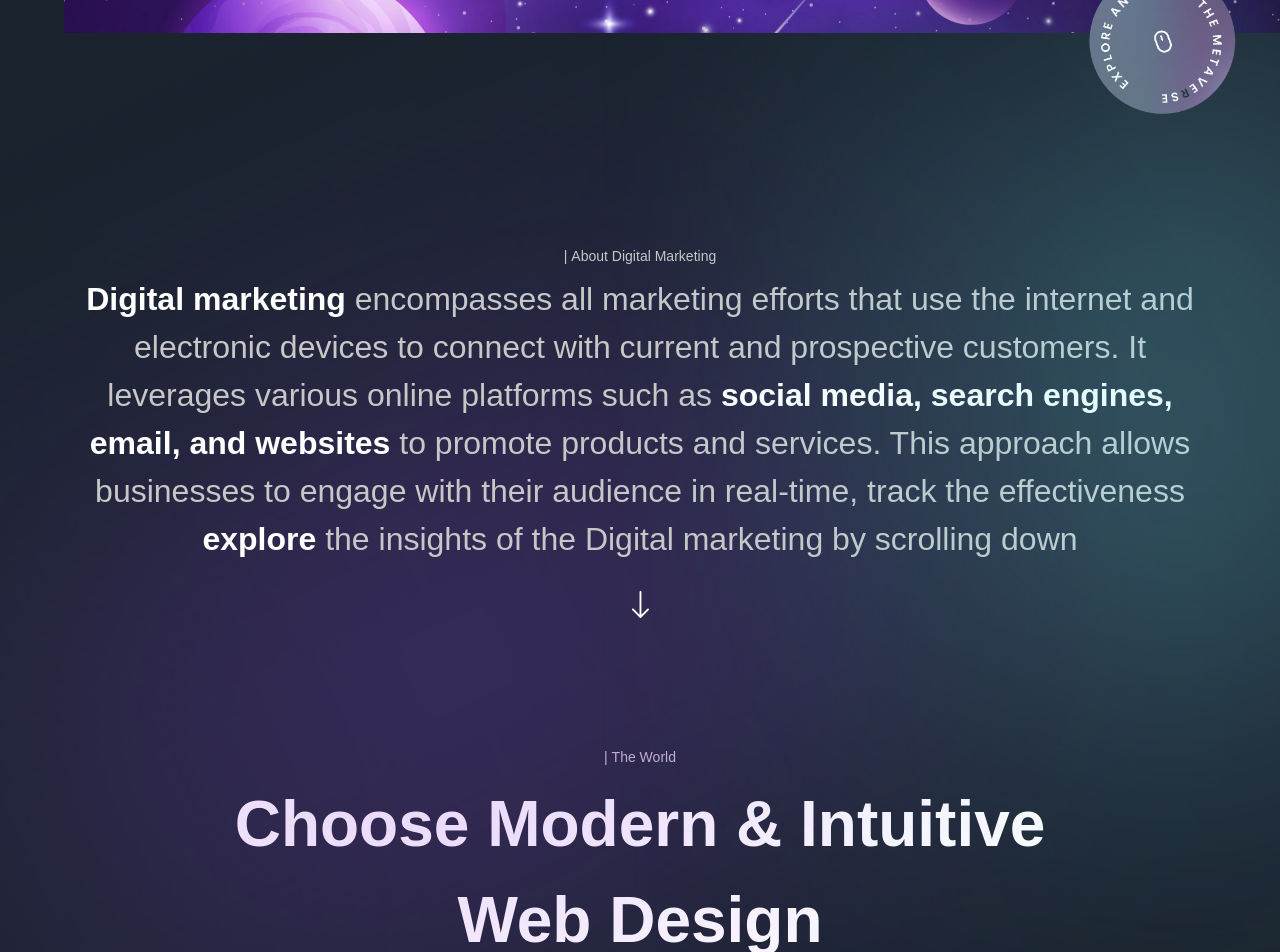
Repository: Shanuga123/metaversus
Page: /
The author's editor kept a copy of each file at every save. The page is drawn from the files as they stood at one save, then again after the next save.
The browser window is 1280 px wide. The pictures show the part of the page from y = 922 to 1874 px (the page is 7302 px tall before and 7254 px after).
Some web fonts or font styles are not loaded; a fallback is used. The project was rebuilt for these pictures with package versions that can differ from the ones it lists, and the page was loaded fresh each time. The framework's server and built-in components were replaced by stand-ins that run in the browser. Also part of the build but not shown: next.config.js.

Above is the page before, as saved 2024-08-06 07:09:21.

### components/Navbar.jsx
'use client';

import { motion } from 'framer-motion';

import styles from '../styles';
import { navVariants } from '../utils/motion';

const Navbar = () => (
  <motion.nav
    variants={navVariants}
    initial="hidden"
    whileInView="show"
    className={`${styles.xPaddings} py-8 relative`}
  >
    <div className="absolute w-[50%] inset-0 gradient-01" />
    <div
      className={`${styles.innerWidth} mx-auto flex justify-between gap-8`}
    >
      <img
        src="/search.svg"
        alt="search"
        className="w-[24px] h-[24px] object-contain"
      />
      <h2 className="font-extrabold text-[24px] leading-[30.24px] text-white">
        METAVERSUS
      </h2>
      <img
        src="/menu.svg"
        alt="menu"
        className="w-[24px] h-[24px] object-contain"
      />
    </div>
  </motion.nav>
);

export default Navbar;

### components/CustomTexts.jsx
'use client';

import { motion } from 'framer-motion';
import { textContainer, textVariant2 } from '../utils/motion';

export const TypingText = ({ title, textStyles }) => (
  <motion.p
    variants={textContainer}
    className={`font-normal text-[14px] text-secondary-white ${textStyles}`}
  >
    {Array.from(title).map((letter, index) => (
      <motion.span variants={textVariant2} key={index}>
        {letter === ' ' ? '\u00A0' : letter}
      </motion.span>
    ))}
  </motion.p>
);

export const TitleText = ({ title, textStyles }) => (
  <motion.h2
    variants={textVariant2}
    initial="hidden"
    whileInView="show"
    className={`mt-[8px] font-bold md:text-[64px] text-[40px] text-white ${textStyles}`}
  >
    {title}
  </motion.h2>
);

### components/ExploreCard.jsx
'use client';

import { motion } from 'framer-motion';

import styles from '../styles';
import { fadeIn } from '../utils/motion';

const ExploreCard = ({ id, imgUrl, title, index, active, handleClick }) => (
  <motion.div
    variants={fadeIn('right', 'spring', index * 0.5, 0.75)}
    className={`relative ${
      active === id ? 'lg:flex-[3.5] flex-[10]' : 'lg:flex-[0.5] flex-[2]'
    } flex items-center justify-center min-w-[170px] h-[700px] transition-[flex] duration-[0.7s] ease-out-flex cursor-pointer`}
    onClick={() => handleClick(id)}
  >
    <img
      src={imgUrl}
      alt="planet-04"
      className="absolute w-full h-full object-cover rounded-[24px]"
    />
    {active !== id ? (
      <h3 className="font-semibold sm:text-[26px] text-[18px] text-white absolute z-0 lg:bottom-20 lg:rotate-[-90deg] lg:origin-[0,0]">
        {title}
      </h3>
    ) : (
      <div className="absolute bottom-0 p-8 flex justify-start w-full flex-col bg-[rgba(0,0,0,0.5)] rounded-b-[24px]">
        <div
          className={`${styles.flexCenter} w-[60px] h-[60px] rounded-[24px] glassmorphism mb-[16px]`}
        >
          <img
            src="/headset.svg"
            alt="headset"
            className="w-1/2 h-1/2 object-contain"
          />
        </div>
        <p className="font-normal text-[16px] leading-[20.16px] text-white uppercase">
          Enter Metaverse
        </p>
        <h2 className="mt-[24px] font-semibold sm:text-[32px] text-[24px] text-white">
          {title}
        </h2>
      </div>
    )}
  </motion.div>
);

export default ExploreCard;

### components/InsightCard.jsx
'use client';

import { motion } from 'framer-motion';

import { fadeIn } from '../utils/motion';

const InsightCard = ({ imgUrl, title, subtitle, index }) => (
  <motion.div
    variants={fadeIn('up', 'spring', index * 0.5, 1)}
    className="flex md:flex-row flex-col gap-4"
  >
    <img
      src={imgUrl}
      alt="planet-01"
      className="md:w-[270px] w-full h-[250px] rounded-[32px] object-cover"
    />
    <div className="w-full flex justify-between items-center">
      <div className="flex-1 md:ml-[62px] flex flex-col max-w-[650px]">
        <h4 className="font-normal lg:text-[42px] text-[26px] text-white">
          {title}
        </h4>
        <p className="mt-[16px] font-normal lg:text-[20px] text-[14px] text-secondary-white">
          {subtitle}
        </p>
      </div>

      <div
        className="lg:flex hidden items-center justify-center w-[100px] h-[100px] rounded-full bg-transparent border-[1px] border-white"
      >
        <img
          src="/arrow.svg"
          alt="arrow"
          className="w-[40%] h-[40%] object-contain"
        />
      </div>
    </div>
  </motion.div>
);

export default InsightCard;

### components/Footer.jsx
'use client';

import { motion } from 'framer-motion';
import { socials } from '../constants';

import styles from '../styles';
import { footerVariants } from '../utils/motion';

const Footer = () => (
  <motion.footer
    variants={footerVariants}
    initial="hidden"
    whileInView="show"
    className={`${styles.xPaddings} py-8 relative`}
  >
    <div className="footer-gradient" />
    <div className={`${styles.innerWidth} mx-auto flex flex-col gap-8`}>
      <div className="flex items-center justify-between flex-wrap gap-5">
        <h4 className="font-bold md:text-[64px] text-[44px] text-white">
          Enter the Metaverse
        </h4>
        <button type="button" className="flex items-center h-fit py-4 px-6 bg-[#25618B] rounded-[32px] gap-[12px]">
          <img
            src="/headset.svg"
            alt="headset"
            className="w-[24px] h-[24px] object-contain"
          />
          <span className="font-normal text-[16px] text-white">
            Enter Metaverse
          </span>
        </button>
      </div>

      <div className="flex flex-col">
        <div className="mb-[50px] h-[2px] bg-white opacity-10" />

        <div className="flex items-center justify-between flex-wrap gap-4">
          <h4 className="font-extrabold text-[24px] text-white">
            METAVERUS
          </h4>
          <p className="font-normal text-[14px] text-white opacity-50">
            Copyright © 2021 - 2022 Metaversus. All rights reserved.
          </p>

          <div className="flex gap-4">
            {socials.map((social) => (
              <img
                key={social.name}
                src={social.url}
                alt={social.name}
                className="w-[24px] h-[24px] object-contain cursor-pointer"
              />
            ))}
          </div>
        </div>
      </div>
    </div>
  </motion.footer>
);

export default Footer;

### sections/Hero.jsx
'use client';

import { motion } from 'framer-motion';

import styles from '../styles';
import { slideIn, staggerContainer, textVariant } from '../utils/motion';

const Hero = () => (
  <section className={`${styles.yPaddings} sm:pl-16 pl-6`}>
    <motion.div
      variants={staggerContainer}
      initial="hidden"
      whileInView="show"
      viewport={{ once: false, amount: 0.25 }}
      className={`${styles.innerWidth} mx-auto flex flex-col`}
    >
      <div className="flex justify-center items-center flex-col relative z-10">
        <motion.h1 variants={textVariant(1.1)} className={styles.heroHeading}>
          Metaverse
        </motion.h1>
        <motion.div
          variants={textVariant(1.2)}
          className="flex flex-row justify-center items-center"
        >
          <h1 className={styles.heroHeading}>Ma</h1>
          <div className={styles.heroDText} />
          <h1 className={styles.heroHeading}>Ness</h1>
        </motion.div>
      </div>

      <motion.div
        variants={slideIn('right', 'tween', 0.2, 1)}
        className="relative w-full md:-mt-[20px] -mt-[12px]"
      >
        <div className="absolute w-full h-[300px] hero-gradient rounded-tl-[140px] z-[0] -top-[30px]" />

        <img
          src="/cover.png"
          alt="hero_cover"
          className="w-full sm:h-[500px] h-[350px] object-cover rounded-tl-[140px] z-10 relative"
        />

        <a href="#explore">
          <div className="w-full flex justify-end sm:-mt-[70px] -mt-[50px] pr-[40px] relative z-10">
            <img
              src="/stamp.png"
              alt="stamp"
              className="sm:w-[155px] w-[100px] sm:h-[155px] h-[100px] object-contain"
            />
          </div>
        </a>
      </motion.div>
    </motion.div>
  </section>
);

export default Hero;

### sections/About.jsx
'use client';

import { motion } from 'framer-motion';
import { TypingText } from '../components';

import styles from '../styles';
import { fadeIn, staggerContainer } from '../utils/motion';

const About = () => (
  <section className={`${styles.paddings} relative z-10`}>
    <div className="gradient-02 z-0" />
    <motion.div
      variants={staggerContainer}
      initial="hidden"
      whileInView="show"
      viewport={{ once: false, amount: 0.25 }}
      className={`${styles.innerWidth} mx-auto ${styles.flexCenter} flex-col`}
    >
      <TypingText title="| About Digital Marketing" textStyles="text-center" />

      <motion.p
        variants={fadeIn('up', 'tween', 0.2, 1)}
        className="mt-[8px] font-normal sm:text-[32px] text-[20px] text-center text-secondary-white"
      >
        <span className="font-extrabold text-white">Digital marketing </span> encompasses all marketing efforts that use the internet and electronic devices to connect with current and prospective customers. It leverages various online platforms such as {' '}
        <span className="font-extrabold text-white">
        social media, search engines, email, and websites
        </span>{' '}
        to promote products and services.{' '}
        <span className="font-extrabold text-white"></span> This approach allows businesses to engage with their audience in real-time, track the effectiveness{' '}
        <span className="font-extrabold text-white">explore</span> the insights
        of the Digital marketing by scrolling down
      </motion.p>

      <motion.img
        variants={fadeIn('up', 'tween', 0.3, 1)}
        src="/arrow-down.svg"
        alt="arrow down"
        className="w-[18px] h-[28px] object-contain mt-[28px]"
      />
    </motion.div>
  </section>
);

export default About;

### sections/Explore.jsx
'use client';

import { useState } from 'react';
import { motion } from 'framer-motion';

import styles from '../styles';
import { exploreWorlds } from '../constants';
import { staggerContainer } from '../utils/motion';
import { ExploreCard, TitleText, TypingText } from '../components';

const Explore = () => {
  const [active, setActive] = useState('world-2');

  return (
    <section className={`${styles.paddings}`} id="explore">
      <motion.div
        variants={staggerContainer}
        initial="hidden"
        whileInView="show"
        viewport={{ once: false, amount: 0.25 }}
        className={`${styles.innerWidth} mx-auto flex flex-col`}
      >
        <TypingText title="| The World" textStyles="text-center" />
        <TitleText
          title={<>Choose Modern & Intuitive <br className="md:block hidden" /> Web Design</>}
          textStyles="text-center"
        />
        <div className="mt-[50px] flex lg:flex-row flex-col min-h-[70vh] gap-5">
          {exploreWorlds.map((world, index) => (
            <ExploreCard
              key={world.id}
              {...world}
              index={index}
              active={active}
              handleClick={setActive}
            />
          ))}
        </div>
      </motion.div>
    </section>
  );
};

export default Explore;

### sections/GetStarted.jsx
'use client';

import { motion } from 'framer-motion';

import styles from '../styles';
import { startingFeatures } from '../constants';
import { StartSteps, TitleText, TypingText } from '../components';
import { staggerContainer, fadeIn, planetVariants } from '../utils/motion';

const GetStarted = () => (
  <section className={`${styles.paddings} relative z-10`}>
    <motion.div
      variants={staggerContainer}
      initial="hidden"
      whileInView="show"
      viewport={{ once: false, amount: 0.25 }}
      className={`${styles.innerWidth} mx-auto flex lg:flex-row flex-col gap-8`}
    >
      <motion.div
        variants={planetVariants('left')}
        className={`flex-1 ${styles.flexCenter}`}
      >
        <img
          src="/get-started.png"
          alt="get-started"
          className="w-[90%] h-[90%] object-contain"
        />
      </motion.div>
      <motion.div
        variants={fadeIn('left', 'tween', 0.2, 1)}
        className="flex-[0.75] flex justify-center flex-col"
      >
        <TypingText title="| How Metaversus Works" />
        <TitleText title={<>Get started with just a few clicks</>} />
        <div className="mt-[31px] flex flex-col max-w-[370px] gap-[24px]">
          {startingFeatures.map((feature, index) => (
            <StartSteps
              key={feature}
              number={`${index < 10 ? '0' : ''} ${index + 1}`}
              text={feature}
            />
          ))}
        </div>
      </motion.div>
    </motion.div>
  </section>
);

export default GetStarted;

### sections/WhatsNew.jsx
'use client';

import { motion } from 'framer-motion';

import styles from '../styles';
import { newFeatures } from '../constants';
import { NewFeatures, TitleText, TypingText } from '../components';
import { planetVariants, staggerContainer, fadeIn } from '../utils/motion';

const WhatsNew = () => (
  <section className={`${styles.paddings} relative z-10`}>
    <motion.div
      variants={staggerContainer}
      initial="hidden"
      whileInView="show"
      viewport={{ once: false, amount: 0.25 }}
      className={`${styles.innerWidth} mx-auto flex lg:flex-row flex-col gap-8`}
    >
      <motion.div
        variants={fadeIn('right', 'tween', 0.2, 1)}
        className="flex-[0.95] flex justify-center flex-col"
      >
        <TypingText title="| Whats new?" />
        <TitleText title={<>What's new about Metaversus?</>} />
        <div className="mt-[48px] flex flex-wrap justify-between gap-[24px]">
          {newFeatures.map((feature) => (
            <NewFeatures key={feature.title} {...feature} />
          ))}
        </div>
      </motion.div>

      <motion.div
        variants={planetVariants('right')}
        className={`flex-1 ${styles.flexCenter}`}
      >
        <img
          src="/whats-new.png"
          alt="get-started"
          className="w-[90%] h-[90%] object-contain"
        />
      </motion.div>
    </motion.div>
  </section>
);

export default WhatsNew;

### sections/World.jsx
'use client';

import { motion } from 'framer-motion';

import styles from '../styles';
import { TitleText, TypingText } from '../components';
import { fadeIn, staggerContainer } from '../utils/motion';

const World = () => (
  <section className={`${styles.paddings} relative z-10`}>
    <motion.div
      variants={staggerContainer}
      initial="hidden"
      whileInView="show"
      viewport={{ once: false, amount: 0.25 }}
      className={`${styles.innerWidth} mx-auto flex flex-col`}
    >

      <TypingText title="| People on the World" textStyles="text-center" />
      <TitleText
        title={(
          <>Track friends around you and invite them to play together in the same
            world
          </>
        )}
        textStyles="text-center"
      />

      <motion.div
        variants={fadeIn('up', 'tween', 0.3, 1)}
        className="relative mt-[68px] flex w-full h-[550px]"
      >
        <img src="/map.png" alt="map" className="w-full h-full object-cover" />

        <div className="absolute bottom-20 right-20 w-[70px] h-[70px] p-[6px] rounded-full bg-[#5D6680]">
          <img src="people-01.png" alt="people" className="w-full h-full" />
        </div>

        <div className="absolute top-10 left-20 w-[70px] h-[70px] p-[6px] rounded-full bg-[#5D6680]">
          <img src="/people-02.png" alt="people" className="w-full h-full" />
        </div>

        <div className="absolute top-1/2 left-[45%] w-[70px] h-[70px] p-[6px] rounded-full bg-[#5D6680]">
          <img src="people-03.png" alt="people" className="w-full h-full" />
        </div>
      </motion.div>
    </motion.div>
  </section>
);

export default World;

### sections/Insights.jsx
'use client';

import { motion } from 'framer-motion';

import styles from '../styles';
import { insights } from '../constants';
import { staggerContainer } from '../utils/motion';
import { InsightCard, TitleText, TypingText } from '../components';

const Insights = () => (
  <section className={`${styles.paddings} relative z-10`}>
    <motion.div
      variants={staggerContainer}
      initial="hidden"
      whileInView="show"
      viewport={{ once: false, amount: 0.25 }}
      className={`${styles.innerWidth} mx-auto flex flex-col`}
    >
      <TypingText title="| Insight" textStyles="text-center" />
      <TitleText title={<>Insight about metaverse</>} textStyles="text-center" />
      <div className="mt-[50px] flex flex-col gap-[30px]">
        {insights.map((item, index) => (
          <InsightCard key={`insight-${index}`} {...item} index={index + 1} />
        ))}
      </div>
    </motion.div>
  </section>
);

export default Insights;

### sections/Feedback.jsx
'use client';

import { motion } from 'framer-motion';

import styles from '../styles';
import { fadeIn, staggerContainer, zoomIn } from '../utils/motion';

const Feedback = () => (
  <section className={`${styles.paddings}`}>
    <motion.div
      variants={staggerContainer}
      initial="hidden"
      whileInView="show"
      viewport={{ once: false, amount: 0.25 }}
      className={`${styles.innerWidth} mx-auto flex lg:flex-row flex-col gap-6`}
    >
      <motion.div
        variants={fadeIn('right', 'tween', 0.2, 1)}
        className="flex-[0.5] lg:max-w-[370px] flex justify-end flex-col gradient-05 sm:p-8 p-4 rounded-[32px] border-[1px] border-[#6A6A6A] relative"
      >
        <div className="feedback-gradient" />
        <div>
          <h4 className="font-bold sm:text-[32px] text-[26px] sm:leading-[40.32px] leading-[36.32px] text-white">
            Samantha
          </h4>
          <p className="mt-[8px] font-normal sm:text-[18px] text-[12px] sm:leading-[22.68px] leading-[16.68px] text-white">
            Founder Metaverus
          </p>
        </div>

        <p className="mt-[24px] font-normal sm:text-[24px] text-[18px] sm:leading-[45.6px] leading-[39.6px] text-white">
          “With the development of today's technology, metaverse is very
          useful for today's work, or can be called web 3.0. by using
          metaverse you can use it as anything”
        </p>
      </motion.div>

      <motion.div
        variants={fadeIn('left', 'tween', 0.2, 1)}
        className="relative flex-1 flex justify-center items-center"
      >
        <img
          src="/planet-09.png"
          alt="planet-09"
          className="w-full lg:h-[610px] h-auto min-h-[210px] object-cover rounded-[40px]"
        />

        <motion.div
          variants={zoomIn(0.4, 1)}
          className="lg:block hidden absolute -left-[10%] top-[3%]"
        >
          <img
            src="/stamp.png"
            alt="stamp"
            className="w-[155px] h-[155px] object-contain"
          />
        </motion.div>
      </motion.div>
    </motion.div>
  </section>
);

export default Feedback;

### styles/index.js
const styles = {
  innerWidth: '2xl:max-w-[1280px] w-full',
  interWidth: 'lg:w-[80%] w-[100%]',

  paddings: 'sm:p-16 xs:p-8 px-6 py-12',
  yPaddings: 'sm:py-16 xs:py-8 py-12',
  xPaddings: 'sm:px-16 px-6',
  topPaddings: 'sm:pt-16 xs:pt-8 pt-12',
  bottomPaddings: 'sm:pb-16 xs:pb-8 pb-12',

  flexCenter: 'flex justify-center items-center',
  flexStart: 'flex justify-start items-start',
  flexEnd: 'flex justify-end',
  navPadding: 'pt-[98px]',

  // hero section
  heroHeading:
      'font-bold lg:text-[144px] md:text-[100px] sm:text-[60px] text-[44px] lg:leading-[158.4px] md:leading-[114.4px] sm:leading-[74.4px] leading-[64.4px] uppercase text-white',
  heroDText:
      'md:w-[212px] sm:w-[80px] w-[60px] md:h-[108px] sm:h-[48px] h-[38px] md:border-[18px] border-[9px] rounded-r-[50px] border-white sm:mx-2 mx-[6px]',
};

export default styles;

Loaded but not shown: app/layout.js (common file); app/page.js (common file); styles/globals.css (common file); components/index.js (common file); sections/index.js (common file); components/StartSteps.jsx (common file); components/NewFeatures.jsx (common file); tailwind.config.js (common file); utils/motion.js (161 lines, source omitted); constants/index.js (88 lines, source omitted)

After the next save:
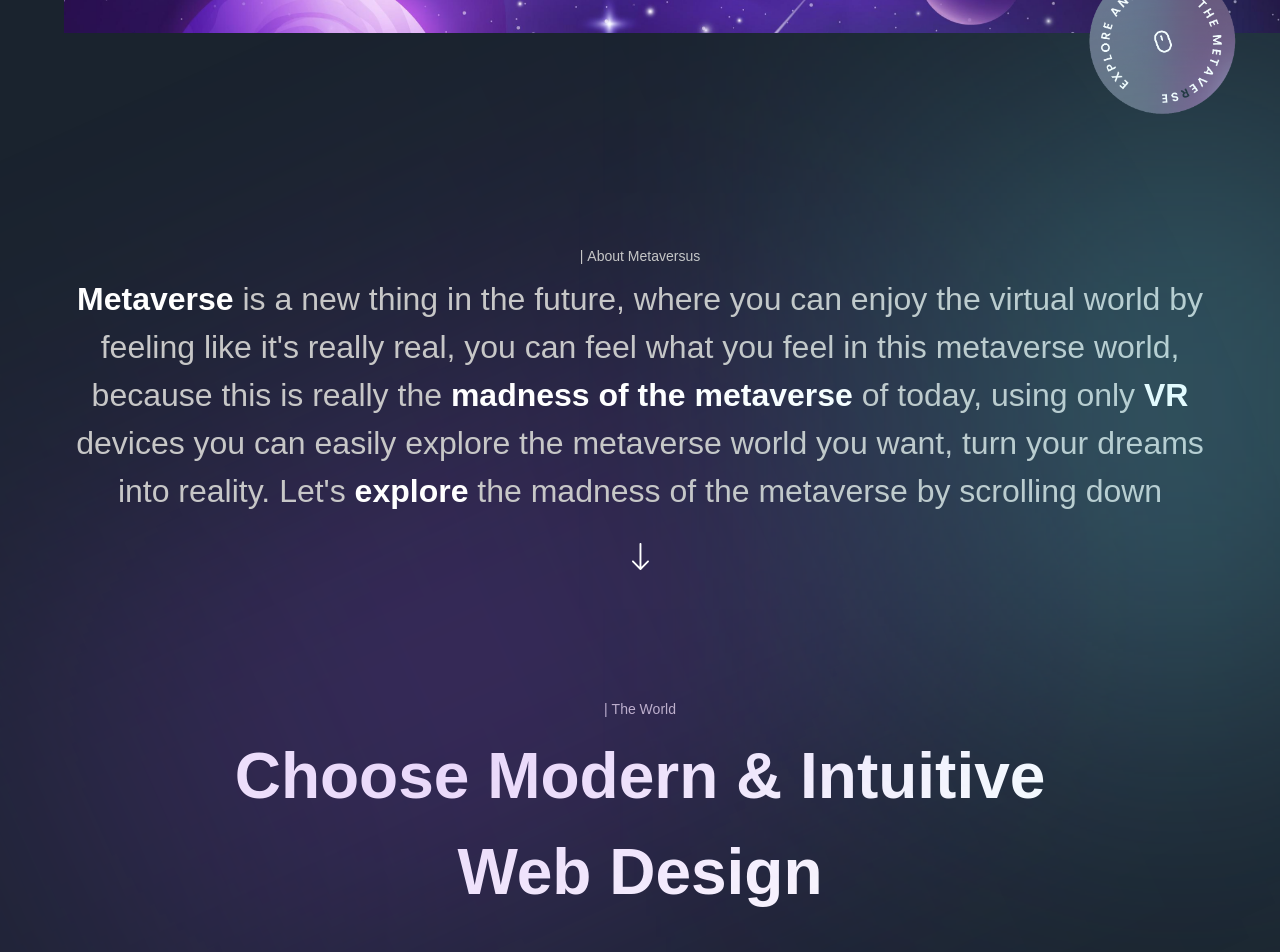
Saved 77 s later.
--- a/sections/About.jsx
+++ b/sections/About.jsx
@@ -16,20 +16,25 @@ const About = () => (
       viewport={{ once: false, amount: 0.25 }}
       className={`${styles.innerWidth} mx-auto ${styles.flexCenter} flex-col`}
     >
-      <TypingText title="| About Digital Marketing" textStyles="text-center" />
+      <TypingText title="| About Metaversus" textStyles="text-center" />
 
       <motion.p
         variants={fadeIn('up', 'tween', 0.2, 1)}
         className="mt-[8px] font-normal sm:text-[32px] text-[20px] text-center text-secondary-white"
       >
-        <span className="font-extrabold text-white">Digital marketing </span> encompasses all marketing efforts that use the internet and electronic devices to connect with current and prospective customers. It leverages various online platforms such as {' '}
+        <span className="font-extrabold text-white">Metaverse</span> is a new
+        thing in the future, where you can enjoy the virtual world by feeling
+        like it's really real, you can feel what you feel in this metaverse
+        world, because this is really the{' '}
         <span className="font-extrabold text-white">
-        social media, search engines, email, and websites
+          madness of the metaverse
         </span>{' '}
-        to promote products and services.{' '}
-        <span className="font-extrabold text-white"></span> This approach allows businesses to engage with their audience in real-time, track the effectiveness{' '}
-        <span className="font-extrabold text-white">explore</span> the insights
-        of the Digital marketing by scrolling down
+        of today, using only{' '}
+        <span className="font-extrabold text-white">VR</span> devices you can
+        easily explore the metaverse world you want, turn your dreams into
+        reality. Let's{' '}
+        <span className="font-extrabold text-white">explore</span> the madness
+        of the metaverse by scrolling down
       </motion.p>
 
       <motion.img
